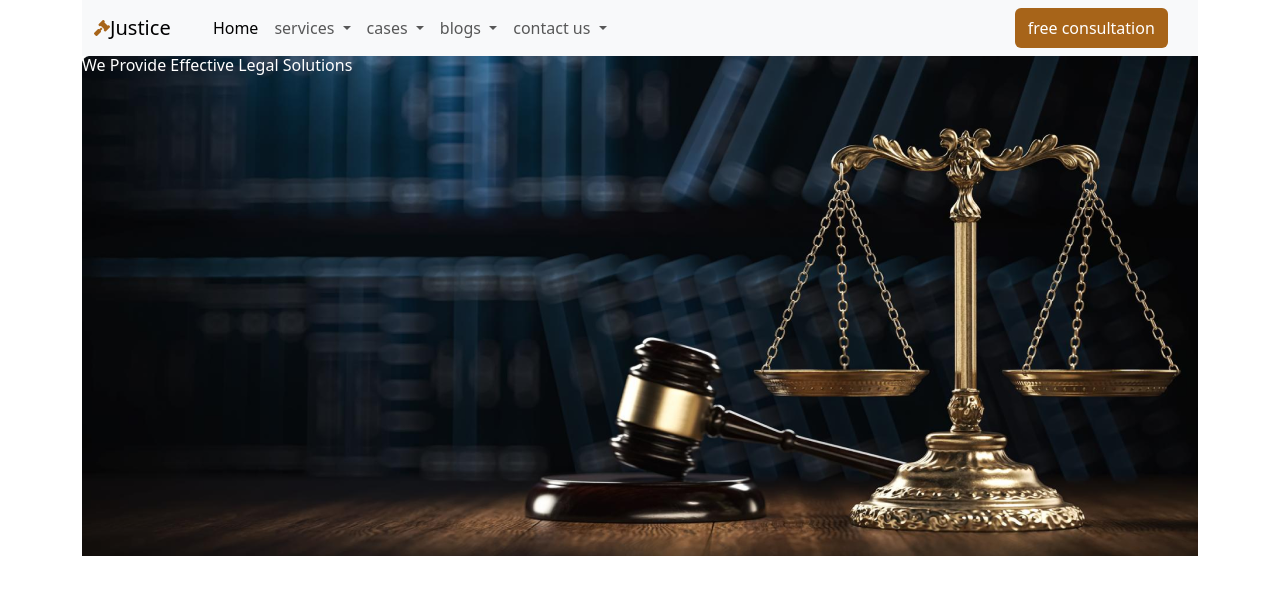
Repository: sadiaafsana138/justice
Page: index.html
An editor plug-in stored every save of this project. The page is shown before and after the next save, followed by the edit.
The browser window is 1280 px wide. The pictures show the whole page.
Some web libraries are served in a nearby version.

Above is the page before, as saved 2023-01-25 17:05:58.

After the next save:
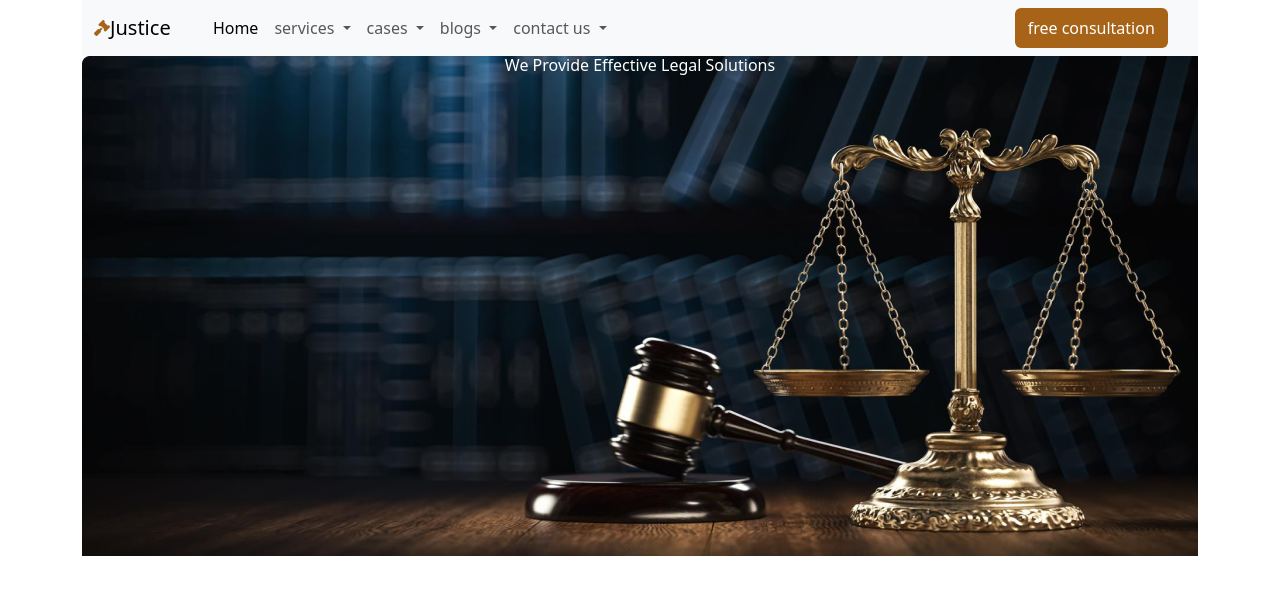
Saved 88 s later.
--- a/index.html
+++ b/index.html
@@ -80,7 +80,7 @@
     <main class="container-lg">
         <section class="banner-bg">
 
-            <div class="align-">
+            <div class="d-flex justify-content-center">
                 <h6 class="text-primary-color1 ">We Provide Effective Legal Solutions</h6>
             </div>
         </section>
